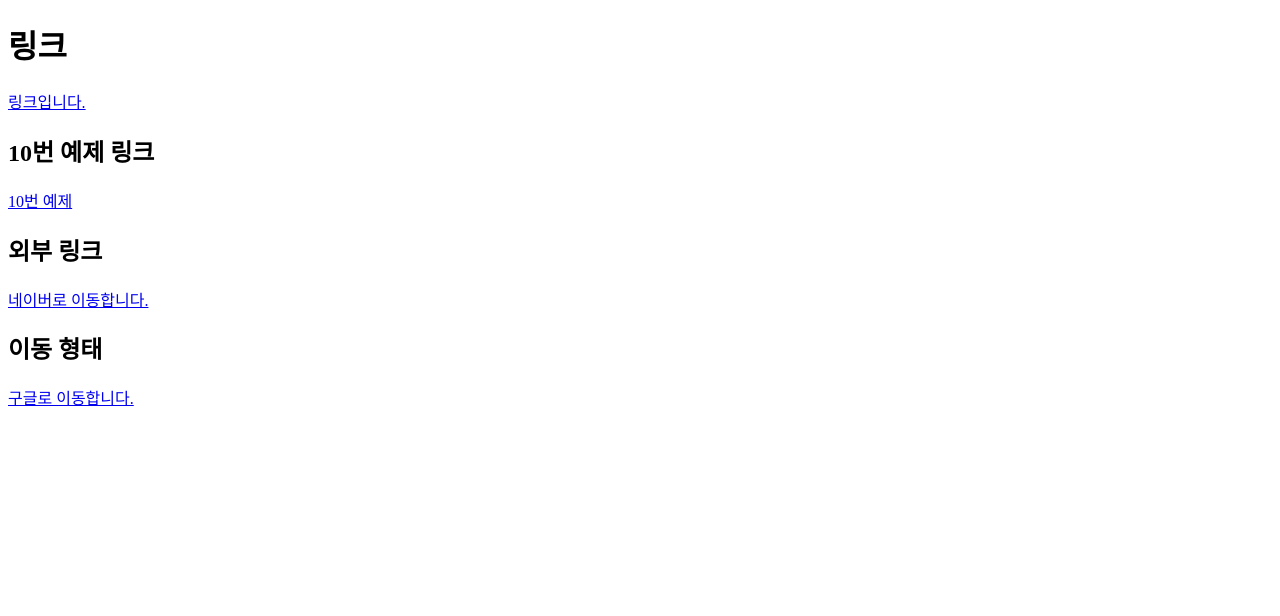
Repository: sinsujung/client
Page: ClientTest/src/main/webapp/html/ex11link.html
These files come from the project's save history. The page is drawn as it stood at one moment and after the next save; the edit follows.
The browser window is 1280 px wide. The pictures show the whole page.

Above is the page before, as saved 2023-09-20 05:14:31.

### ClientTest/src/main/webapp/html/ex11link.html
<!DOCTYPE html>
<html>
<head>
<meta charset="UTF-8">
<title>Insert title here</title>
</head>
<body>
<!--

	링크, Link
	- <a>, anchor(닻), link
	링크 속성
	- a.href: 클릭하면 이동할 URL. reference a hyperlink
	- a.target: 열거형. _self|_blank|_parent|_top|프레임명

 -->

 <h1>링크</h1>
 <a href="ex10_list.html">링크입니다.</a>

 <h2>10번 예제 링크</h2>
 <a href="ex10_list.html">10번 예제</a>

  <h2>외부 링크</h2>
 <a href="https://naver.com">네이버로 이동합니다.</a>

 <h2>이동 형태</h2>
 <a href="https://google.com" target="_balank">구글로 이동합니다.</a>
</body>
</html>

After the next save:
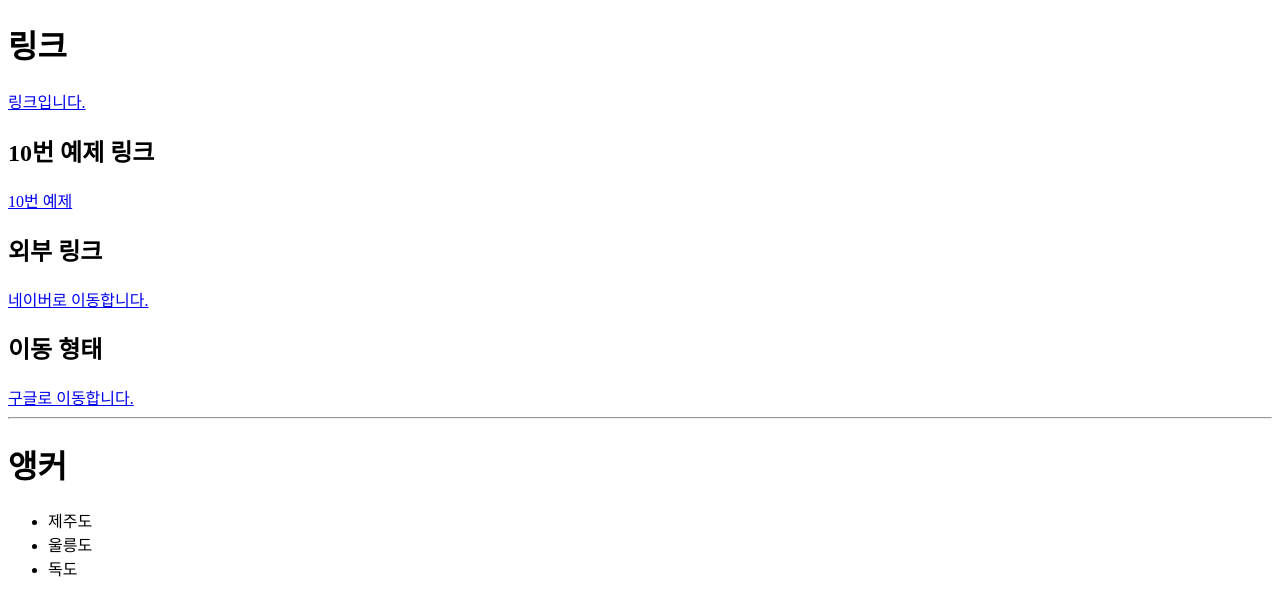
Saved 4 min 3 s later.
--- a/ClientTest/src/main/webapp/html/ex11link.html
+++ b/ClientTest/src/main/webapp/html/ex11link.html
@@ -13,6 +13,9 @@
 	- a.href: 클릭하면 이동할 URL. reference a hyperlink
 	- a.target: 열거형. _self|_blank|_parent|_top|프레임명
 
+	_self > 내부 링크용
+	_blank > 외부 링크용
+
  -->
 
  <h1>링크</h1>
@@ -26,5 +29,16 @@
 
  <h2>이동 형태</h2>
  <a href="https://google.com" target="_balank">구글로 이동합니다.</a>
+
+
+ <hr>
+
+ <h1>앵커</h1>
+
+ <ul>
+ 	<li>제주도</li>
+ 	<li>울릉도</li>
+ 	<li>독도</li>
+ </ul>
 </body>
 </html>
